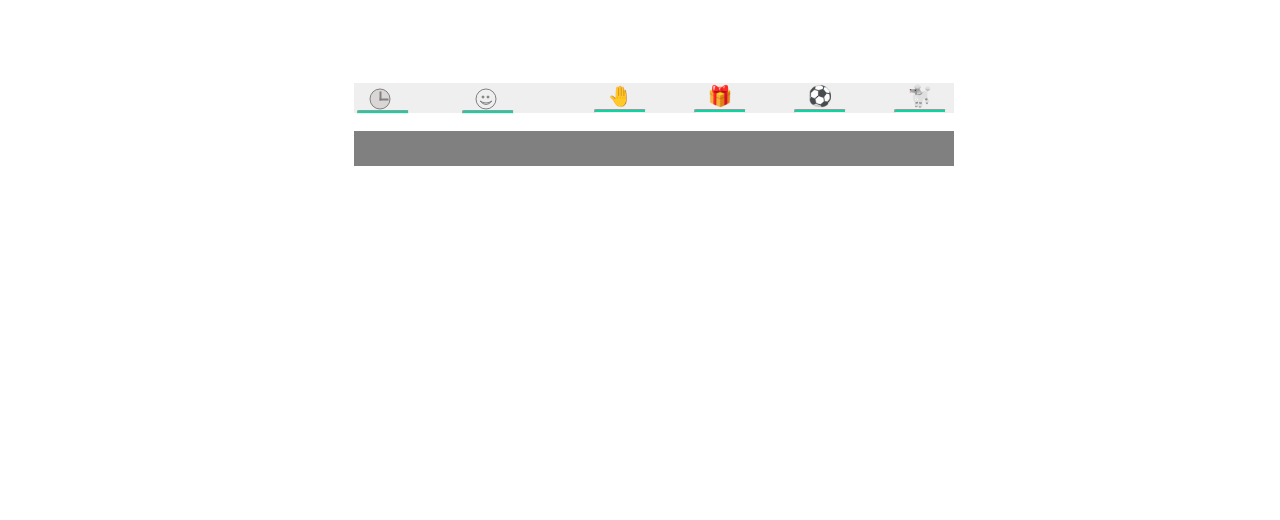
Repository: Gaj123-coder/emoji-search-app
Page: /
An editor plug-in stored every save of this project. The page is shown before and after the next save, followed by the edit.
The browser window is 1280 px wide. The pictures show the whole page.
The project was rebuilt for these pictures with package versions that can differ from the ones it lists, and the page was loaded fresh each time.

Above is the page before, as saved 2021-10-31 12:00:02.

After the next save:
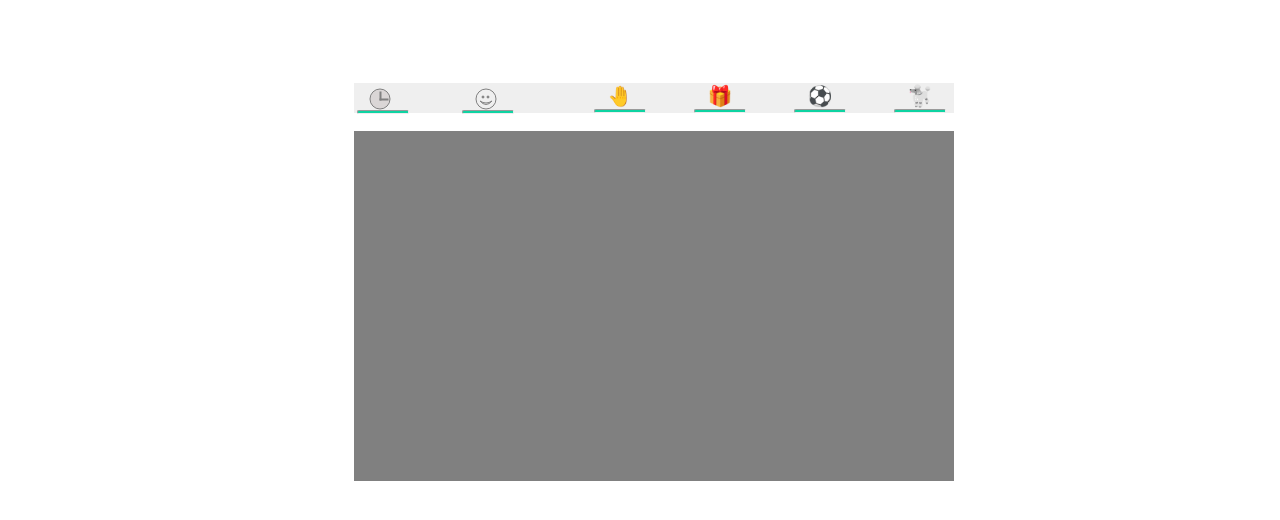
Saved 20 s later.
--- a/src/Components/Result/res.module.css
+++ b/src/Components/Result/res.module.css
@@ -1,6 +1,6 @@
 .emoji{
     width: 600px;
-    height:35px;
+    height:350px;
     position: relative;
     left:22.1rem;
     top:6rem;
